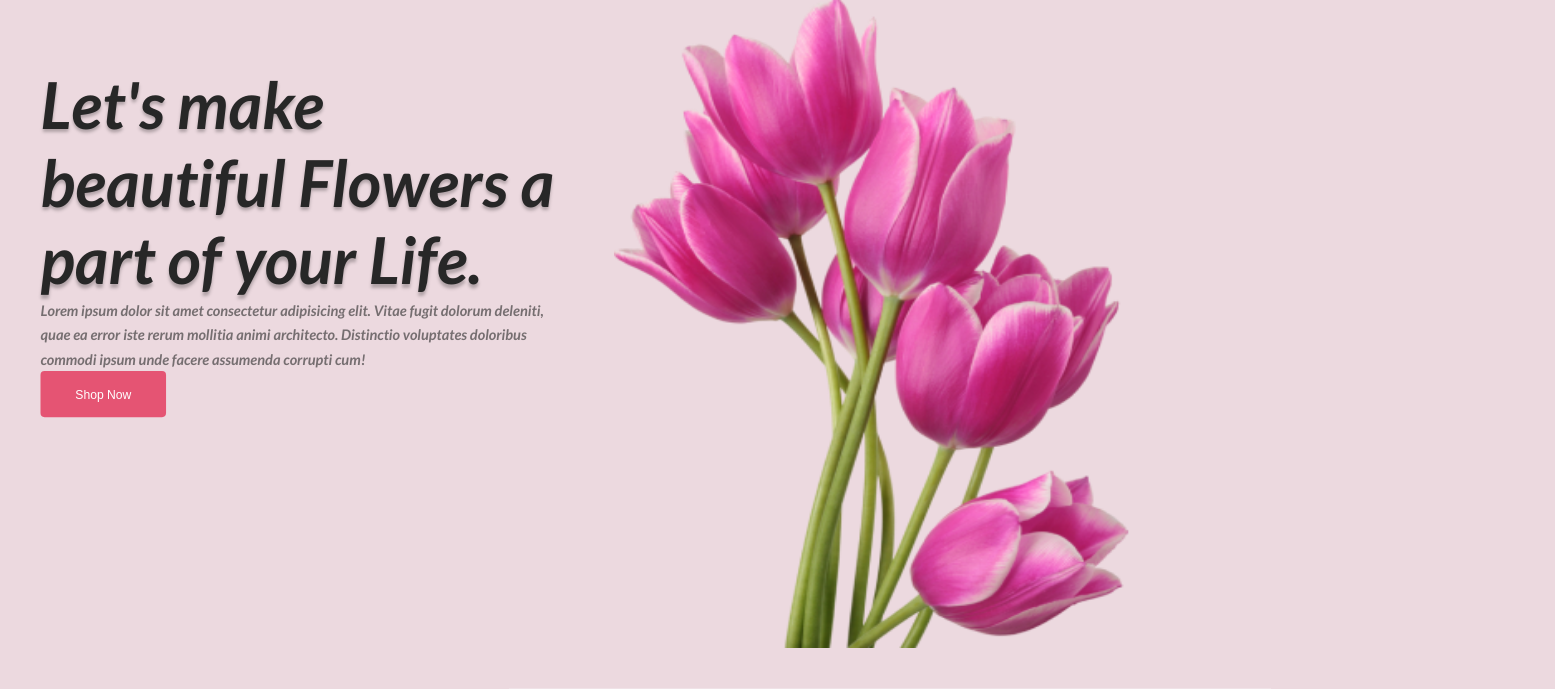
Repository: AnitaAkter/anita-flower-shop
Page: index.html
The author's editor kept a copy of each file at every save. The page is drawn from the files as they stood at one save, then again after the next save.
The browser window is 1280 px wide. The page is 1920 px wide, so the pictures cover 1920 px, including what lies to the right of the window. The pictures show the whole page, at 81% of full size.

Above is the page before, as saved 2023-09-04 20:46:46.

### index.html
<!DOCTYPE html>
<html lang="en">

<head>
    <meta charset="UTF-8">
    <meta http-equiv="X-UA-Compatible" content="IE=edge">
    <meta name="viewport" content="width=device-width, initial-scale=1.0">
    <title>Anita's Flower Shop</title>
    <link rel="preconnect" href="https://fonts.googleapis.com">
<link rel="preconnect" href="https://fonts.gstatic.com" crossorigin>
<link href="https://fonts.googleapis.com/css2?family=Lato:ital,wght@1,700&display=swap" rel="stylesheet">
    <link rel="stylesheet" href="style.css">
</head>

<body>
    <div>
        <header>
            <div class="header-intro">
                <h1>Let's make <br> beautiful Flowers a <br>part of your Life.</h1>
                <p>Lorem ipsum dolor sit amet consectetur adipisicing elit. Vitae fugit dolorum deleniti, quae ea error
                    iste rerum mollitia animi architecto. Distinctio voluptates doloribus commodi ipsum unde facere
                    assumenda corrupti cum!</p>
                <button class="header-btn">Shop Now</button>
            </div>
            <div class="header-pic">
                <img src="images/pngwing 6.png" alt="">
            </div>
        </header>

    </div>
</body>

</html>

### style.css
* {
    margin: 0;
    padding: 0;
    box-sizing: border-box;
}

body {
    font-family: 'Lato', sans-serif;
    font-weight: 900;
}

header {
    display: flex;
    background-color: hsl(342, 34%, 89%);
    width: 1920px;
    height: 850px;
}

.header-intro {
    margin-top: 80px;
    margin-left: 50px;
    width: 708px;
    height: 506px;

}

.header-intro h1 {
    color: #272727;
    text-shadow: 0px 4px 4px rgba(0, 0, 0, 0.25);
    font-family: Lato;
    font-size: 80px;
    font-style: normal;
    font-weight: 800;
    line-height: normal;
    width: 708px;
    height: 288px;

}

.header-intro p {
    color: rgba(39, 39, 39, 0.60);
    font-family: Lato;
    font-size: 18px;
    font-style: normal;
    font-weight: 400;
    line-height: 30px;
    width: 634px;
    height: 90px;
    gap: 32px;

    /* 166.667% */
}

.header-btn {
    background-color: #E55473;
    border-radius: 5px;
    border: none;
    color: white;
    font-size: 15px;
    display: inline-flex;
    padding: 20px 43px;
    align-items: flex-start;
    gap: 10px;

}

.header-pic {
    width: 635px;
    height: 800px;
    margin-bottom: 0%;
    margin-right: auto;

}


.header-pic img {
    width: 635px;
    height: 800px;
}

After the next save:
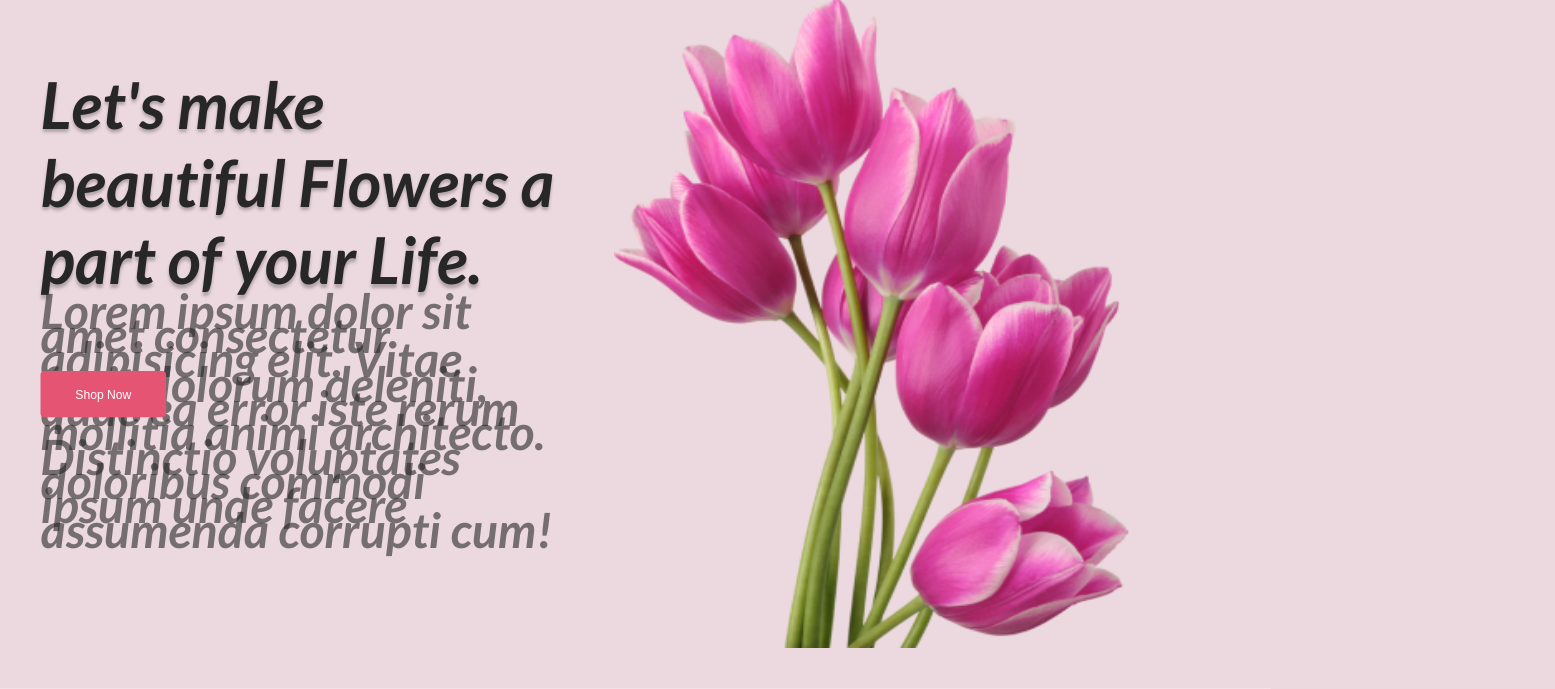
Saved 72 s later.
--- a/style.css
+++ b/style.css
@@ -40,7 +40,7 @@
 .header-intro p {
     color: rgba(39, 39, 39, 0.60);
     font-family: Lato;
-    font-size: 18px;
+    font-size: 60px;
     font-style: normal;
     font-weight: 400;
     line-height: 30px;

After the save that followed:
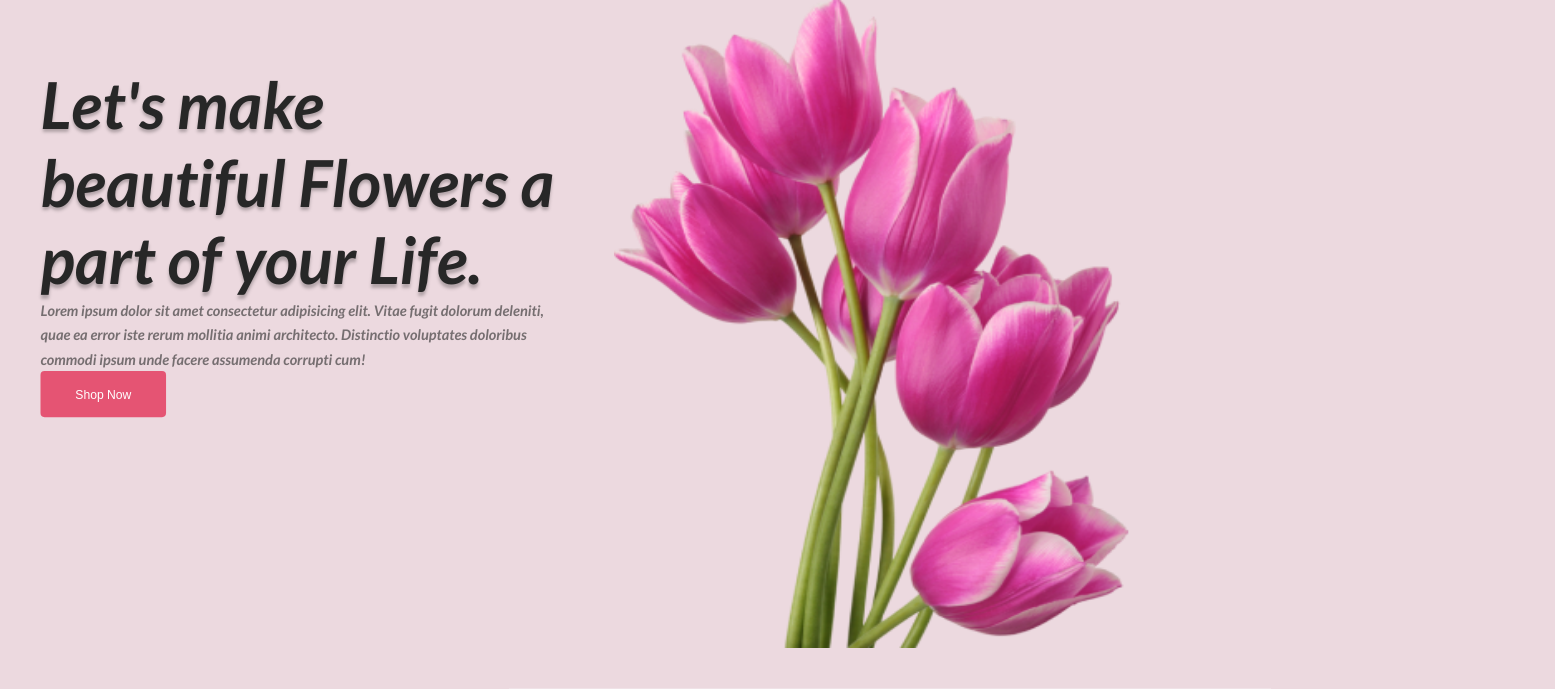
Saved 9 s later.
--- a/style.css
+++ b/style.css
@@ -40,7 +40,7 @@
 .header-intro p {
     color: rgba(39, 39, 39, 0.60);
     font-family: Lato;
-    font-size: 60px;
+    font-size: 18px;
     font-style: normal;
     font-weight: 400;
     line-height: 30px;
